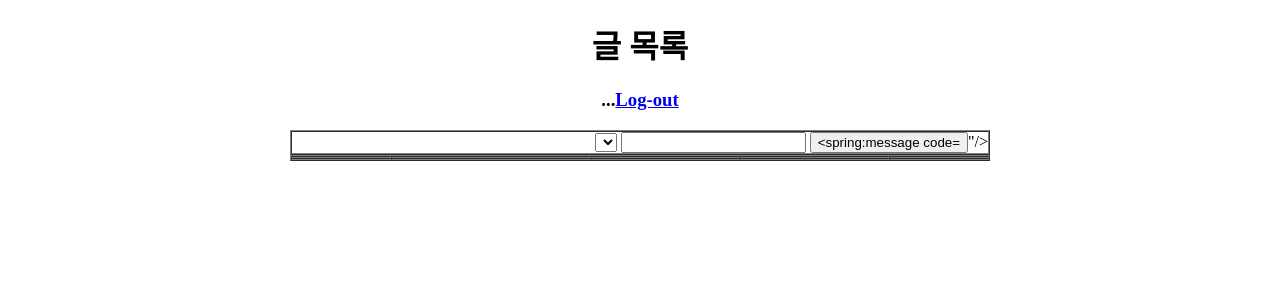
Repository: Dev-Aria/WebStudy
Page: http://localhost/BoardWeb/getBoardList.jsp
The author's editor kept a copy of each file at every save. The page is drawn from the files as they stood at one save, then again after the next save.
The browser window is 1280 px wide. The pictures show the whole page.
The page is served by Tomcat 9. Queries for data that is not in the repository find no rows.

Above is the page before, as saved 2018-05-02 18:33:31.

After the next save:
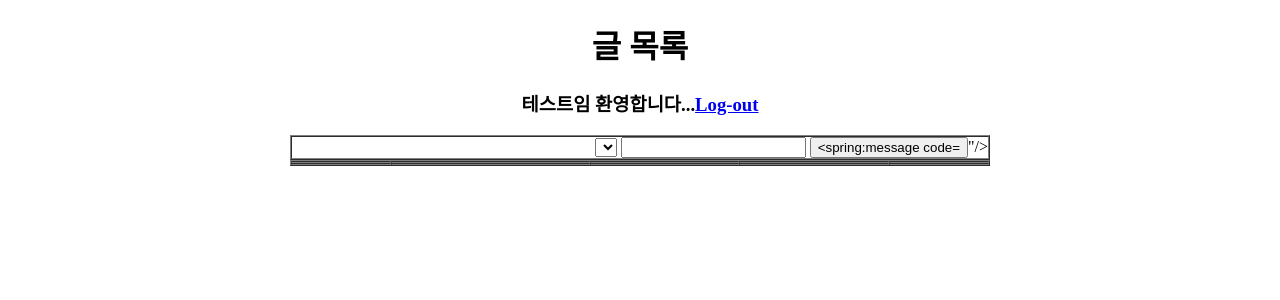
Saved 37 s later.
--- a/workspace_sts/BoardWeb/src/main/webapp/getBoardList.jsp
+++ b/workspace_sts/BoardWeb/src/main/webapp/getBoardList.jsp
@@ -22,7 +22,7 @@
 <body>
 <center>
 <h1>글 목록</h1>
-<h3>${userName }<spring:message code="message.board.list.welcomeMsg"/>...<a href="logout.do">Log-out</a></h3>
+<h3>테스트임 환영합니다...<a href="logout_proc.jsp">Log-out</a></h3>
 
 <!-- 검색 시작 -->
 <form action="getBoardList.do" method="post">
